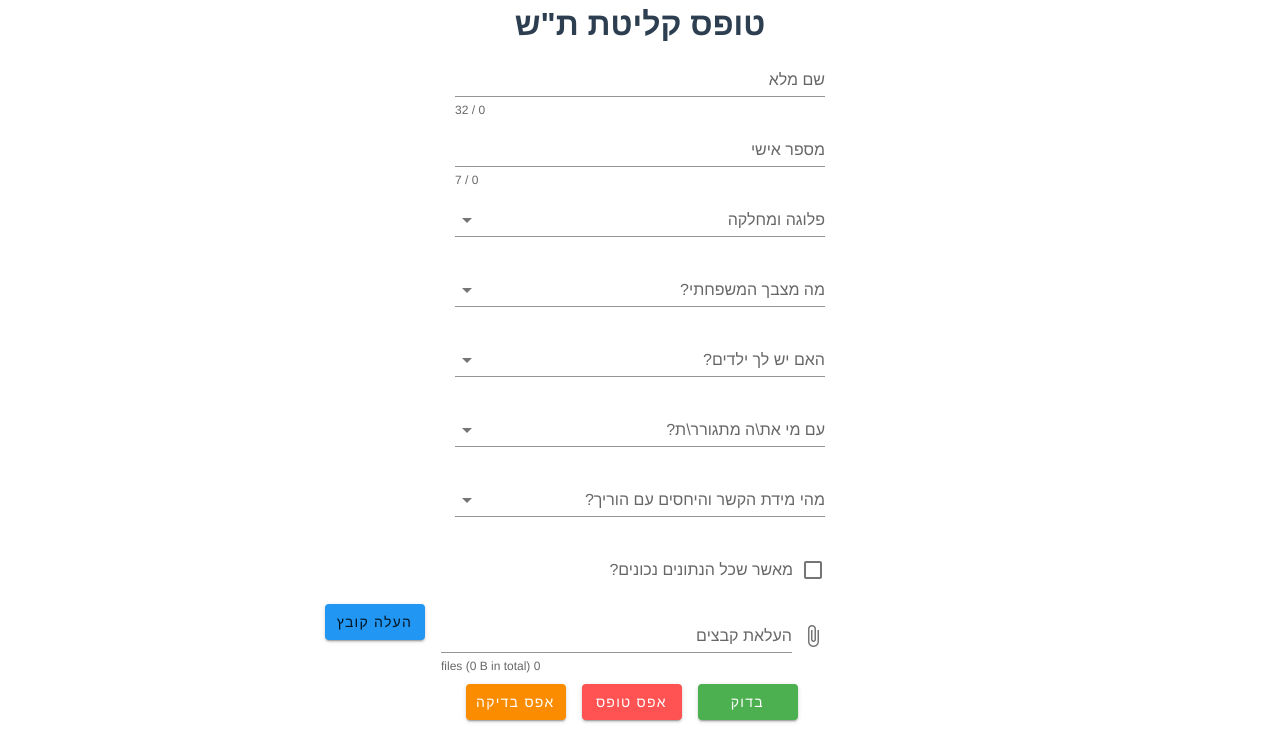
Repository: Natanhel/klitat-tash
Page: /
An editor plug-in stored every save of this project. The page is shown before and after the next save, followed by the edit.
The browser window is 1280 px wide. The pictures show the whole page.
The page's requests for data from a server got no answer. The project was rebuilt for these pictures with package versions that can differ from the ones it lists, and the page was loaded fresh each time. No one was signed in, and anything a server would have sent is missing. Also part of the build but not shown: vue.config.js.

Above is the page before, as saved 2020-12-01 18:06:55.

### src/App.vue
<template>
  <div id="app">
    <v-app>

      <h1>טופס קליטת ת"ש</h1>

      <v-form
        ref="form"
        v-model="valid"
        lazy-validation
      >
        <v-text-field
          v-model="name"
          :counter="32"
          :rules="nameRules"
          label="שם מלא"
          required
        ></v-text-field>

        <v-text-field
          v-model="pernr"
          :counter="7"
          :rules="pernrRules"
          label="מספר אישי"
          required
        ></v-text-field>

        <v-select
          v-model="select"
          :items="items"
          :rules="[v => !!v || 'נדרש להזין פלוגה ומחלקה']"
          label="פלוגה ומחלקה"
          required
        ></v-select>

        <v-select
          v-model="select"
          :items="familyItems"
          :rules="[v => !!v || 'נדרש להזין מצב משפחתי']"
          label="מה מצבך המשפחתי?"
          required
        ></v-select>

        <v-select
          v-model="select"
          :items="haveKidsItems"
          :rules="[v => !!v || 'נדרש להזין']"
          label="האם יש לך ילדים?"
          required
        ></v-select>

        <v-select
          v-model="select"
          :items="livingWithItems"
          :rules="[v => !!v || 'נדרש להזין']"
          label="עם מי את\ה מתגורר\ת?"
          required
        ></v-select>

        <v-select
          v-model="select"
          :items="parentsStatusItems"
          :rules="[v => !!v || 'נדרש להזין']"
          label="מהי מידת הקשר והיחסים עם הוריך?"
          required
        ></v-select>

        <v-checkbox
          v-model="checkbox"
          :rules="[v => !!v || 'עליך לאשר על מנת להמשיך!']"
          label="מאשר שכל הנתונים נכונים?"
          required
        ></v-checkbox>

      <div class="upload">

        <v-file-input v-model="files" show-size counter  chips label="העלאת קבצים"></v-file-input>

        <v-btn
          color="blue"
          class="mr-4"
          @click="uploadFile"
        >
          העלה קובץ
        </v-btn>
      </div>
      <div class="btn-group">
        <v-btn
          :disabled="!valid"
          color="success"
          class="mr-4"
          @click="validate"
        >
          בדוק
        </v-btn>

        <v-btn
          color="error"
          class="mr-4"
          @click="reset"
        >
          אפס טופס
        </v-btn>

        <v-btn
          color="warning"
          class="mr-4"
          @click="resetValidation"
        >
          אפס בדיקה
        </v-btn>
      </div>

      </v-form>
    </v-app>
  </div>
</template>

<script>
import axios from 'axios';

export default {
  name: 'App',
  mounted(){
    // login
    const data = JSON.stringify({"password":"passward","email":"natanhelp@gmail.com"});

    const config = {
      method: 'post',
      url: 'https://nat-task-manager.herokuapp.com/users/login',
      headers: {
        'Content-Type': 'application/json'
      },
      data : data
    };

    axios(config)
      .then((response) => {
        this.userToken = response.data.token
      })
      .catch((error) => {
        console.log(error);
      })
  },

  data: () => ({
    userToken: '',
    files: null,
    valid: true,
    name: '',
    nameRules: [
      v => !!v || 'נדרש להזין שם',
      v => !(v && v.length <= 4) || 'על השם להיות ארוך מ-4 תווים',
    ],
    pernr: '',
    pernrRules: [
      v => !!v || 'נדרש להזין מספר אישי',
      v => !(v.length !== 7) || 'על המספר להיות בדיוק 7 תווים'
    ],
    select: null,
    items: [
      'ו1',
      'ו2',
      'ו3',
      'ו4',
      'ו5',
    ],
    familyItems: [
      'רווק/ה',
      'נשוי/ה',
      'גרוש/ה'
    ],
    haveKidsItems: [
      'כן', 'לא'
    ],
    livingWithItems: [
      'מתוגרר/ת עם ההורים (אחד מהם לפחות)',
      'איני מתגורר/ת עם ההורים'
    ],
    parentsRelationsItems: [
      'בקשר עם שניהם ויחסים תקינים',
      'בקשר וביחסיפ תקינים (רק עם אחד מהם)',
      'בקשר עם שניהם/אחד מהם ומערכת יחסים רעועה',
      'לא בקשר בכלל'
    ],
    parentsStatusItems: [
      'נשואים',
      'גרושים',
      'פרודים',
      'אלמנ/ה',
      'רווק/ה'
    ],
    checkbox: false,
  }),
  methods: {
    validate () {
      this.$refs.form.validate()
    },
    reset () {
      this.$refs.form.reset()
    },
    resetValidation () {
      this.$refs.form.resetValidation()
    },
    async uploadFile() {
      var FormData = require('form-data');
      var data = new FormData();
      const buffer = await this.files.arrayBuffer()

      data.append('avatar', buffer)

      var config = {
        method: 'post',
        url: 'https://nat-task-manager.herokuapp.com/users/me/avatar',
        headers: {
          'Authorization': 'Bearer ' + this.userToken,
          ...data
        },
        data : data
      }

      axios(config)
      .then(function (response) {
        console.log(JSON.stringify(response.data));
      })
      .catch(function (error) {
        console.log(error);
      })
    }
  },
}
</script>

<style>
#app {
  font-family: Avenir, Helvetica, Arial, sans-serif;
  -webkit-font-smoothing: antialiased;
  -moz-osx-font-smoothing: grayscale;
  text-align: center;
  color: #2c3e50;
  margin-top: 60px;
}

form
{
  width: 370px;
}

#app
{
  padding: 0; margin: 0;
  display: flex;
  align-items: center;
  justify-content: center;
  background-color: transparent;
}

.v-btn
{
  width: 100px;
}

.btn-group{
  width: 100%;
  padding: 10px;
}

.upload
{
  display: flex;
  flex-direction: row;
  width: 500px;
}
</style>

### src/plugins/vuetify.js
import Vue from 'vue';
import Vuetify from 'vuetify/lib';

Vue.use(Vuetify);

export default new Vuetify({
    rtl: true,
});

Loaded but not shown: public/index.html (common file); src/main.js (common file)

After the next save:
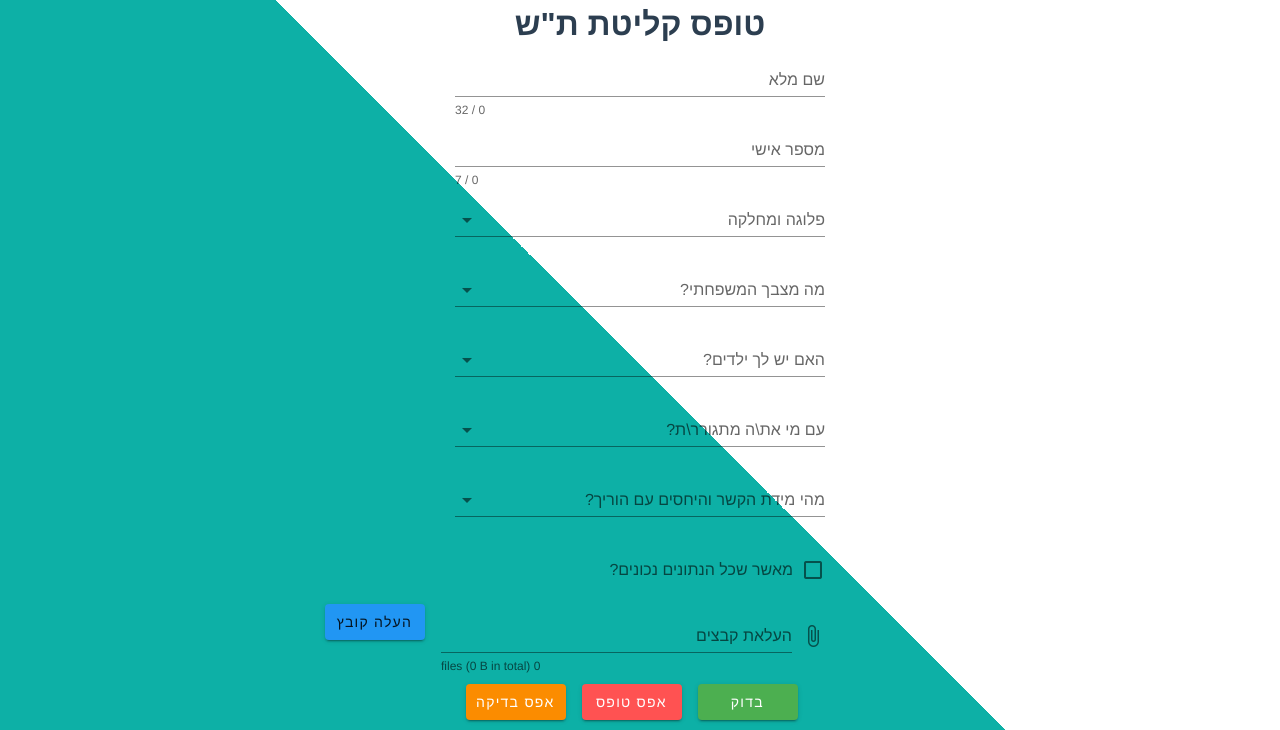
Saved 57 s later.
--- a/src/App.vue
+++ b/src/App.vue
@@ -271,4 +271,9 @@ form
   flex-direction: row;
   width: 500px;
 }
+html
+{
+  background: rgb(13,176,166);
+background: linear-gradient(45deg, rgba(13,176,166,1) 50%, rgba(255,255,255,1) 50%);
+}
 </style>
